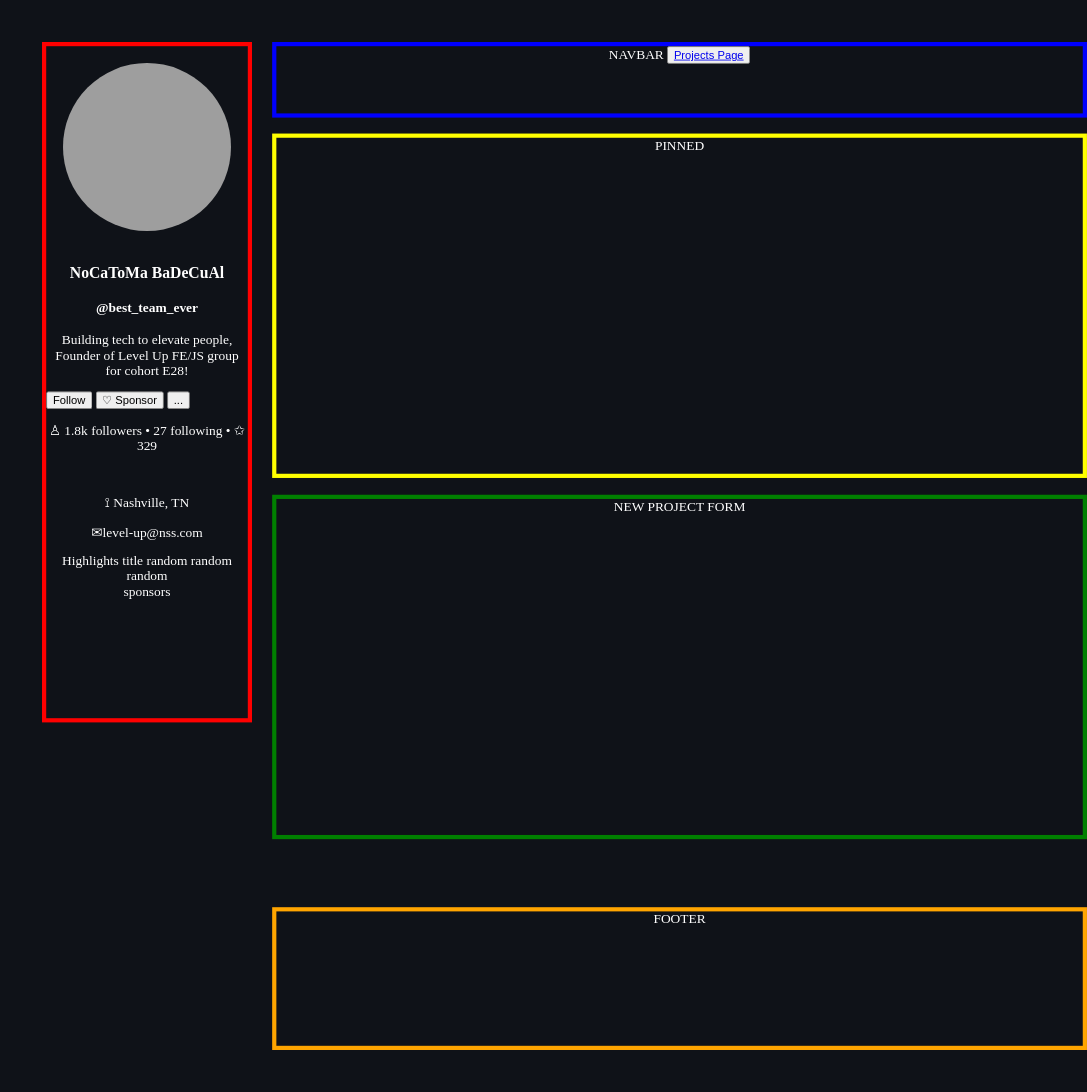
Repository: nss-evening-cohort-28/nss-evening-cohort-28-classroom-gitsub-Q1-project-gitsub
Page: index.html
These files come from the project's save history. The page is drawn as it stood at one moment and after the next save; the edit follows.
The browser window is 1280 px wide. The page is 1294 px wide, so the pictures cover 1294 px, including what lies to the right of the window. The pictures show the whole page, at 84% of full size.
Pictures or frames that could not be fetched are drawn as grey boxes.

Above is the page before, as saved 2024-08-07 20:19:18.

### index.html
<!DOCTYPE html>
<html lang="en">
<head>
    <meta charset="UTF-8">
    <meta name="viewport" content="width=device-width, initial-scale=1.0">
    <link rel="stylesheet" href="main.css">
    <title>Document</title>
</head>
<body>
    <div class="flexContainer">
        <div class="profile">
          <div class="top-section">
            <img src="https://media.tenor.com/GliBTZeL1kQAAAAM/%D0%BC%D0%BE%D0%B9-%D0%B4%D0%B5%D0%B4.gif" class="card-img-top" >
            <div>
            <h3>NoCaToMa BaDeCuAl</h3>
            <h4>@best_team_ever</h4>
            <p>Building tech to elevate people, Founder of Level Up FE/JS group for cohort E28!</p>
            </div>
            <div class="profile-section-buttons">
              <div class="d-grid gap-2 d-md-block">
                <button class="btn btn-primary" type="button">Follow</button>
                <button class="btn btn-primary" type="button">♡ Sponsor</button>
                <button class="btn btn-primary" type="button">...</button>
              </div>
            </div>
            <div class="profile-section-body">
              <p>♙ 1.8k followers • 27 following • ✩ 329</p>
              <br>
              <p>⟟ Nashville, TN</p>
              <p>✉level-up@nss.com</p>
              <p></p>
            </div>
          </div>
          <div class="middle-section">
            Highlights title
            random
            random
            random
          </div>
          <div class="bottom-section">
            sponsors
          </div>
        </div>
        <div class="flexContainer">
            <div class="navBar">NAVBAR
              <button><a href="projects.html">
                Projects Page
              </a></button>
            </div>
            <div class="pinned">PINNED</div>
            <div class="newProject">NEW PROJECT FORM</div>
            <div class="footer">FOOTER</div>
        </div>
    </div>
    <script src="main.js"></script>
</body>
</html>

### main.css
body {
    background-color: #0F1218;
    text-align: center;
    margin: 50px;
    width: 1200px;
    color: white;
}

.flexContainer {
    display: flex;
    flex-wrap: wrap;
    flex-direction: column;
    max-width: 75rem;
    height: 75rem;
    gap: 2%;
}

.profile {
    border: 5px solid red;
    width: 15rem;
    height: 50rem;
}

.navBar {
    border: 5px solid blue;
    width: 60rem;
    height: 5rem;
}

.pinned {
    border: 5px solid yellow;
    width: 60rem;
    height: 25rem;
    margin-top: 2%;
}

.newProject {
    border: 5px solid green;
    width: 60rem;
    height: 25rem;
    margin-top: 2%;
}

.footer {
    border: 5px solid orange;
    width: 60rem;
    height: 10rem;
    margin-top: auto;
    align-self: flex-end;
}

#footerContainer {
    display: flex;
    align-self: flex-end;

}

/* Noah Styling: Profile Section Start*/

.top-section {
    display: flex;
    flex-wrap: wrap;
    justify-content: flex-start;
}

.card-img-top {
    display: flex;
    flex-wrap: wrap;
    justify-content: space-around;
    border-radius: 50%;
    height: 200px;
    width: 200px;
    margin: 20px;
  }


/* Noah Styling: Profile Section End */

Loaded but not shown: main.js (no copy from this time; the picture is the same without it)

After the next save:
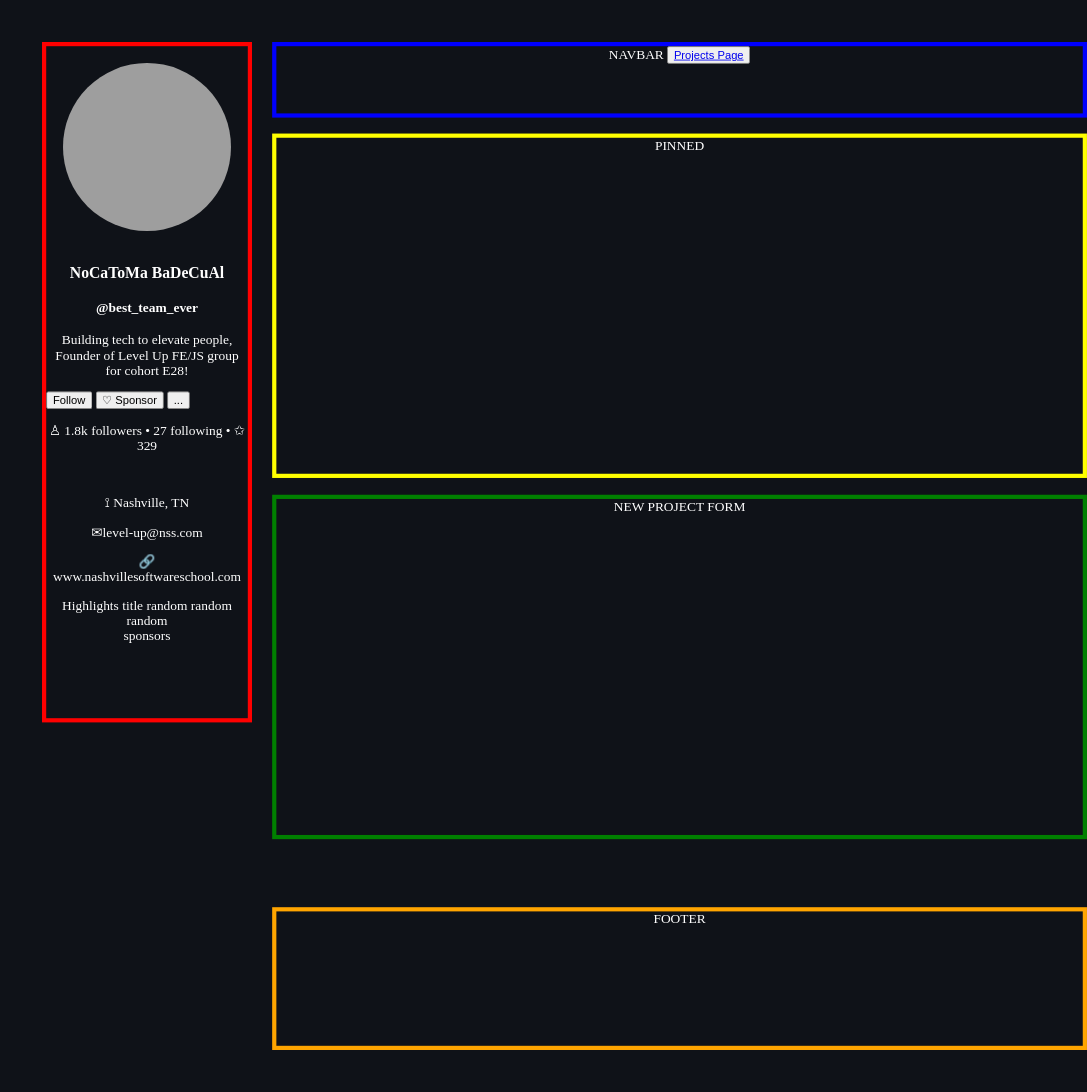
Saved 2 min 14 s later.
--- a/index.html
+++ b/index.html
@@ -28,7 +28,7 @@
               <br>
               <p>⟟ Nashville, TN</p>
               <p>✉level-up@nss.com</p>
-              <p></p>
+              <p>🔗 www.nashvillesoftwareschool.com</p>
             </div>
           </div>
           <div class="middle-section">
